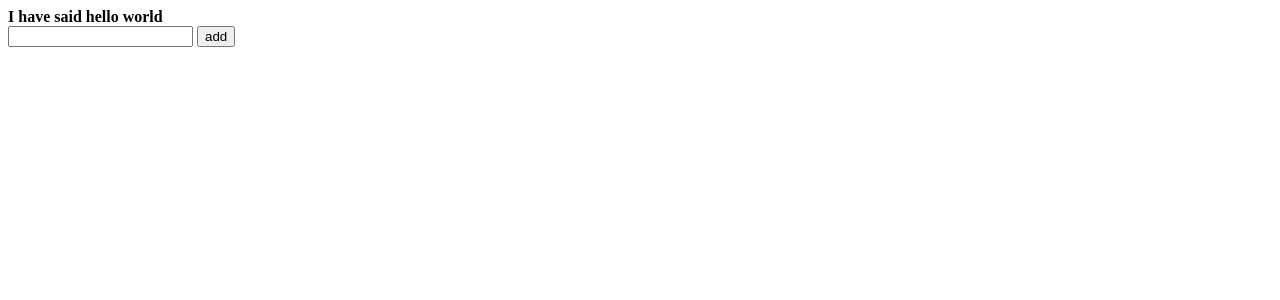
Repository: Mujaddin/Java_Servlet_3
Page: http://localhost/MitraisServlet/Servlet
An editor plug-in stored every save of this project. The page is shown before and after the next save, followed by the edit.
The browser window is 1280 px wide. The pictures show the whole page.
The page is served by Tomcat 9.

Above is the page before, as saved 2017-04-21 02:29:07.

After the next save:
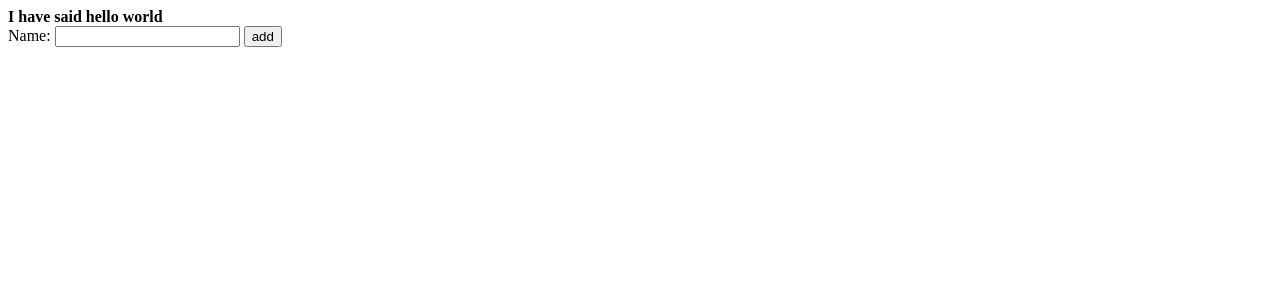
Saved 112 s later.
--- a/project4-exercise/MitraisServlet/WebContent/hello.jsp
+++ b/project4-exercise/MitraisServlet/WebContent/hello.jsp
@@ -12,6 +12,7 @@
 	%>
 	<b>I have said <%=hello%></b>
 	<form action="">
+	Name:
 	<input name= "addBox" type="textbox"/>
 		<input name="add" type ="submit" value="add"/>
 	</form>
